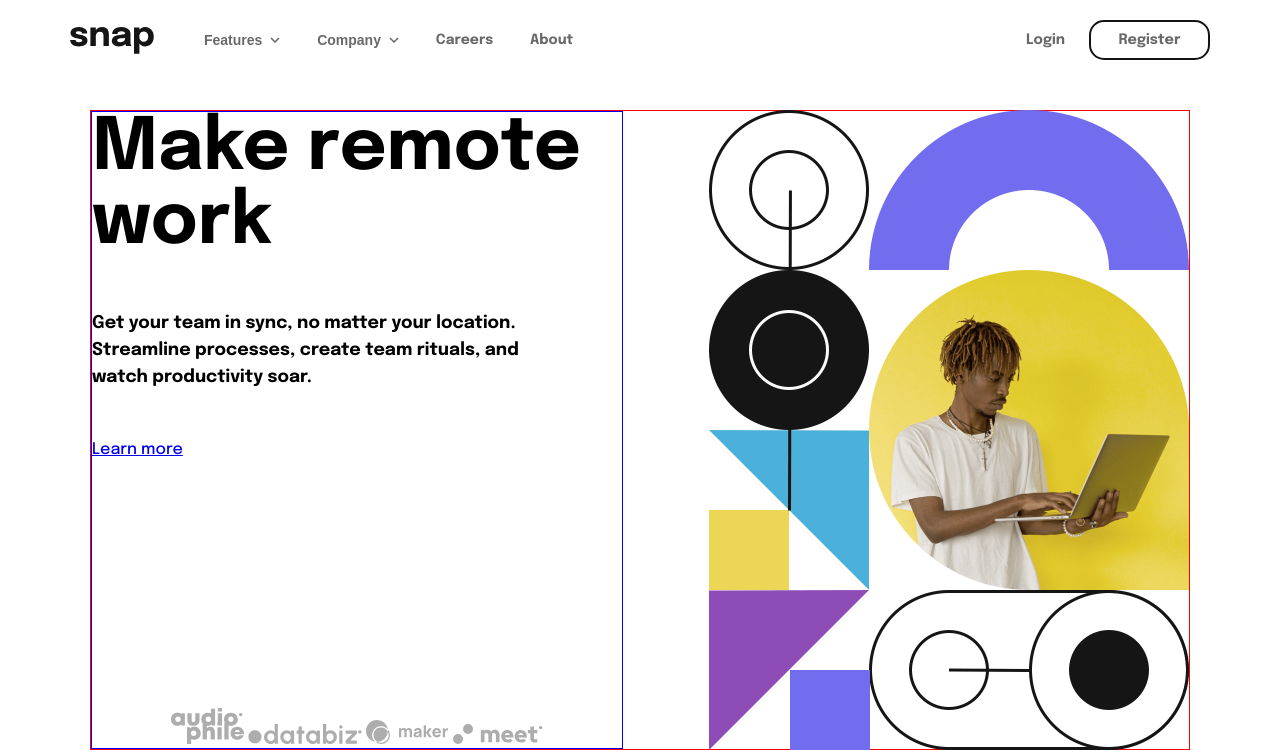
Repository: KamoliddinGIT/intro-section-with-dropdown
Page: index.html
These files come from the project's save history. The page is drawn as it stood at one moment and after a run of saves; the edit follows.
The browser window is 1280 px wide. The pictures show the whole page.

Above is the page before, as saved 2023-09-24 17:56:28.

After the next 2 saves:
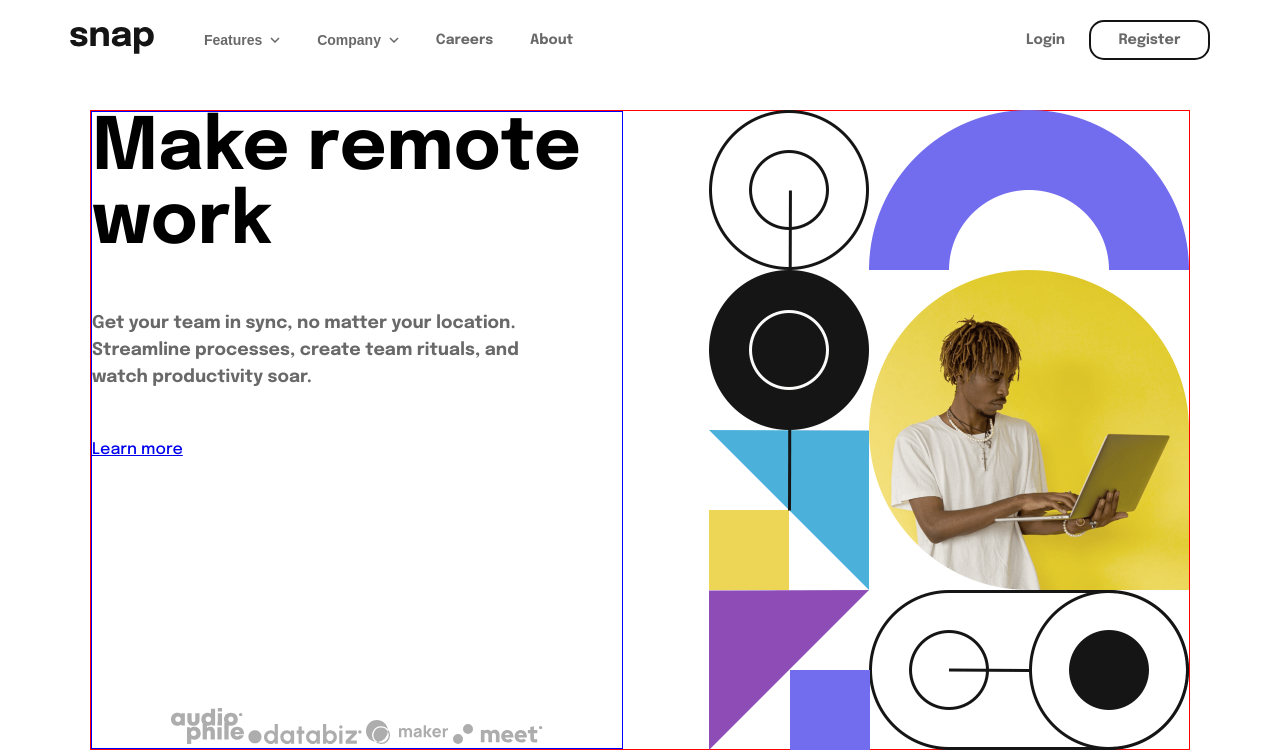
The 2 saves are shown as one change because they came seconds apart.
The last was saved 11 s later.
--- a/css/style.css
+++ b/css/style.css
@@ -379,7 +379,7 @@
 }
 
 .main__text p {
-  color: var(--medium-gray);
+  color: hsl(0, 0%, 41%);
   font-size: 1.1rem;
   font-weight: 700;
   line-height: 1.7rem;
